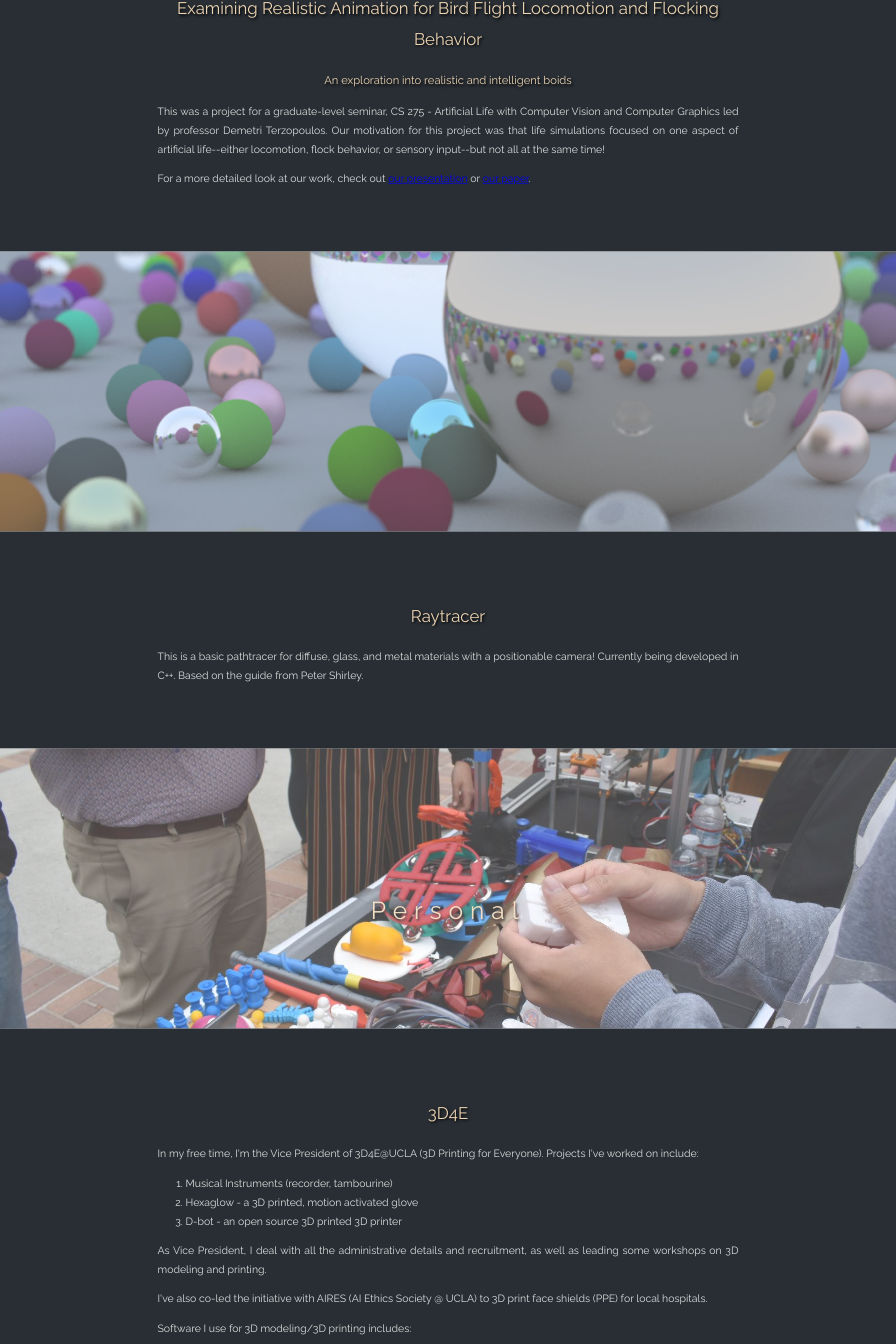
Repository: aliyuanh/me
Page: index.html
These files come from the project's save history. The page is drawn as it stood at one moment and after the next save; the edit follows.
The browser window is 1280 px wide. The pictures show the part of the page from y = 3165 to 5085 px (the page is 6037 px tall before and 6106 px after), at 70% of full size.
Backgrounds fixed to the window are drawn as part of the page.

Above is the page before, as saved 2020-09-17 13:59:41.

### index.html
<!DOCTYPE html>
<html>

<head>
    <link href="https://fonts.googleapis.com/css2?family=Raleway:ital,wght@0,100;0,400;1,400;1,500&display=swap" rel="stylesheet">
    <meta name="viewport" content="width=device-width, initial-scale=1">
    <style>
         :root {
            --oxford-blue: #0b132bff;
            --space-cadet: #1c2541ff;
            --cadet-blue: #4da1a9ff;
            --wheat: #edd4b2ff;
            --mountbatten-pink: #9a7aa0ff;
        }

        body,
        html {
            height: 100%;
            margin: 0;
            font: 400 15px/1.8 "Raleway", sans-serif;
            color: #777;
            scroll-behavior: smooth;
        }

        .bgimg-1,
        .bgimg-2,
        .bgimg-3,
        .bgimg-boids,
        .bgimg-raytracer,
        .bgimg-3d4e {
            position: relative;
            opacity: 0.75;
            background-attachment: fixed;
            background-position: center;
            background-repeat: no-repeat;
            background-size: cover;
        }

        .bgimg-1 {
            background-image: url("img/tokyo.jpg");
            min-height: 100%;
        }

        .bgimg-2 {
            background-image: url("img/imagineering.jpg");
            min-height: 400px;
        }

        .bgimg-3 {
            background-image: url("img/dolby.jpg");
            min-height: 400px;
        }

        .bgimg-boids {
            background-image: url("img/boids.png");
            min-height: 400px;
        }

        .bgimg-raytracer {
            background-image: url("img/raytracer.png");
            min-height: 400px;
        }

        .bgimg-3d4e {
            background-image: url("img/table3D4E.JPG");
            min-height: 400px;
        }

        .caption {
            position: absolute;
            left: 0;
            top: 50%;
            width: 100%;
            text-align: center;
            color: #000;
        }

        .caption span.border {
            background-color: var(--oxford-blue);
            color: var(--wheat);
            padding: 18px;
            font-size: 25px;
            letter-spacing: 10px;
        }

        h3 {
            letter-spacing: 5px;
            text-transform: uppercase;
            font: 20px "Raleway", sans-serif;
            color: #111;
        }
        /* Turn off parallax scrolling for tablets and phones */

        .toResume {
            top: 10%;
            width: 100%;
            right: 10%;
            text-align: right;
            color: #000;
            position: absolute;
        }

        .resumeButton {
            background-color: var(--space-cadet);
            color: var(--wheat);
            padding: 18px;
            font-size: 16px;
            letter-spacing: 6px;
        }

        .headers {
            padding: 18px;
            font-size: 25px;
            letter-spacing: 10px;
            background-color: transparent;
            font-size: 35px;
            color: var(--wheat);
            text-shadow: 2px 2px 4px #000;
        }

        .blockForText {
            color: #ddd;
            background-color: #282E34;
            text-align: center;
            padding: 5em 15em;
            text-align: justify;
        }

        .titleForBlock {
            color: var(--wheat);
            background-color: transparent;
            text-align: center;
            top: 1em;
            font-size: x-large;
            text-shadow: 2px 2px 4px #000;
        }

        .toSections {
            color: var(--mountbatten-pink);
            background-color: var(--space-cadet);
            width: fit-content;
            padding: 1em;
            text-decoration: none;
            text-shadow: 2px 2px 4px #000;
        }

        @media only screen and (max-device-width: 1024px) {
            .bgimg-1,
            .bgimg-2,
            .bgimg-3 {
                background-attachment: scroll;
            }
        }
        /* CSS HEX */
    </style>
</head>

<body>

    <div class="bgimg-1">
        <div class="toResume">
            <a class="resumeButton" href="https://drive.google.com/file/d/1WPi9M0jbwAtVQjWsxIvFWxaKqeurGUjf/view?usp=sharing">RESUME</a>
        </div>
        <div class="caption">
            <span class="border">AMANDA HAN</span>
        </div>
        <div class="caption" style="top:60%;">
            <div class="border" style="margin:auto;">
                <a href="#professional" class="toSections">professional</a>
                <a href="#projects" class="toSections">projects</a>
                <a href="#personal" class="toSections">personal</a>
            </div>
        </div>
    </div>

    <div class="blockForText" style="color: #777;background-color:white;">
        <h3 style="text-align:center;">Hi! I'm Amanda.</h3>
        <p> I'm a software developer interested in computer graphics and computer vision. Right now, I'm a junior Computer Science major at UCLA (go Bruins!). If you want to take a look at my coding projects, check out <a href="https://github.com/aliyuanh">my Github</a>.
            And, if you want to connect then message me on <a href="https://www.linkedin.com/in/aliyuanh/">LinkedIn</a>.
        </p>
    </div>

    <div class="bgimg-2" id="professional">
        <div class="caption">
            <span class="headers">PROFESSIONAL EXPERIENCE</span>
        </div>
    </div>

    <div style="position:relative;">
        <div class="blockForText">
            <p class="titleForBlock">Walt Disney Imagineering</p>
            <p>The winter quarter of my sophomore year (Jan 2020-Apr 2020), I was a software development intern in Imagineering's Tech Studio. At Imagineering, I worked on a variety of projects including a CGI/CAD webtool (details under NDA).
            </p>
            <p>
                Technologies used: .NET Core, Azure App Service, Snowflake, Python, REST APIs, 3D APIs
            </p>
        </div>
    </div>

    <div class="bgimg-3">
        <div class="caption">
            <span class="border" style="background-color:transparent;font-size:25px;color: #f7f7f7;"></span>
        </div>
    </div>

    <div style="position:relative;">
        <div class="blockForText">
            <p class="titleForBlock">Dolby Laboratories</p>
            <p>As part of my summer internship at Dolby's Enterprise Applications team, I completed a full-stack website using the .NET Core MVC framework in C# for external partner companies. The motivation for this is to provide an external service to
                the employees of Dolby partner companies.
            </p>
            <p>
                BACKEND: As the developer for this project, I used Okta's REST API for user authentication and management. Using Visual Studio, I built this website and hosted it on a Windows server.
            </p>
            <p>
                FRONTEND: For the frontend, I used the Bootstrap Library as well as Dolby's CSS library to create a interactive user interface. The frontend was programmed in HTML/CSS/Javascript, with C# embedded using Razor pages.
            </p>
        </div>
    </div>

    <div class="bgimg-boids" id="projects">
        <div class="caption">
            <span class="headers">PROJECTS</span>
        </div>
    </div>

    <div style="position:relative;">
        <div class="blockForText">
            <p class="titleForBlock">Examining Realistic Animation for Bird Flight Locomotion and Flocking Behavior </p>
            <p class="titleForBlock" style="font-size:medium; top: 1em;"> An exploration into realistic and intelligent boids</p>
            <p>This was a project for a graduate-level seminar, CS 275 - Artificial Life with Computer Vision and Computer Graphics led by professor Demetri Terzopoulos. Our motivation for this project was that life simulations focused on one aspect of artificial
                life--either locomotion, flock behavior, or sensory input--but not all at the same time!
            </p>
            <p>For a more detailed look at our work, check out <a href="https://drive.google.com/file/d/1roD6f6O2y-D9oC9Y6kRLfV5ygv2Oxyie/view?usp=sharing">our presentation</a> or <a href="https://drive.google.com/file/d/1EKCrtCoSiOdHSjfQbJRRv11yyhfx--Px/view?usp=sharing">our paper</a>.
            </p>
        </div>
    </div>

    <div class="bgimg-raytracer">
        <div class="caption">
            <span class="headers"></span>
        </div>
    </div>
    <div style="position:relative;">
        <div class="blockForText">
            <p class="titleForBlock">Raytracer</p>
            <p>This is a basic pathtracer for diffuse, glass, and metal materials with a positionable camera! Currently being developed in C++. Based on the guide from Peter Shirley.</p>
        </div>
    </div>


    <div class="bgimg-3d4e" id="personal">
        <div class="caption">
            <span class="headers">Personal</span>
        </div>
    </div>
    <div style="position:relative;">
        <div class="blockForText">
            <p class="titleForBlock">3D4E</p>
            <p>In my free time, I'm the Vice President of 3D4E@UCLA (3D Printing for Everyone). Projects I've worked on include:</p>
            <ol>
                <li>Musical Instruments (recorder, tambourine)</li>
                <li>Hexaglow - a 3D printed, motion activated glove</li>
                <li>D-bot - an open source 3D printed 3D printer</li>
            </ol>
            <p>As Vice President, I deal with all the administrative details and recruitment, as well as leading some workshops on 3D modeling and printing.</p>
            <p>I've also co-led the initiative with AIRES (AI Ethics Society @ UCLA) to 3D print face shields (PPE) for local hospitals. </p>
            <p> Software I use for 3D modeling/3D printing includes:</p>
            <ol>
                <li>Fusion 360</li>
                <li>Autodesk Maya</li>
                <li>Zbrush (Core)</li>
                <li>MeshMixer</li>
                <li>Slicers (Cura, Simplify3D, PrusaSlicer)</li>
            </ol>
        </div>
    </div>

    <div class="bgimg-1">
        <div class="caption">
            <span class="border"><a href="mailto: aliyuanh@ucla.edu" style="color:#ddd ">Email me!</a></span>
        </div>
    </div>

</body>

</html>

After the next save:
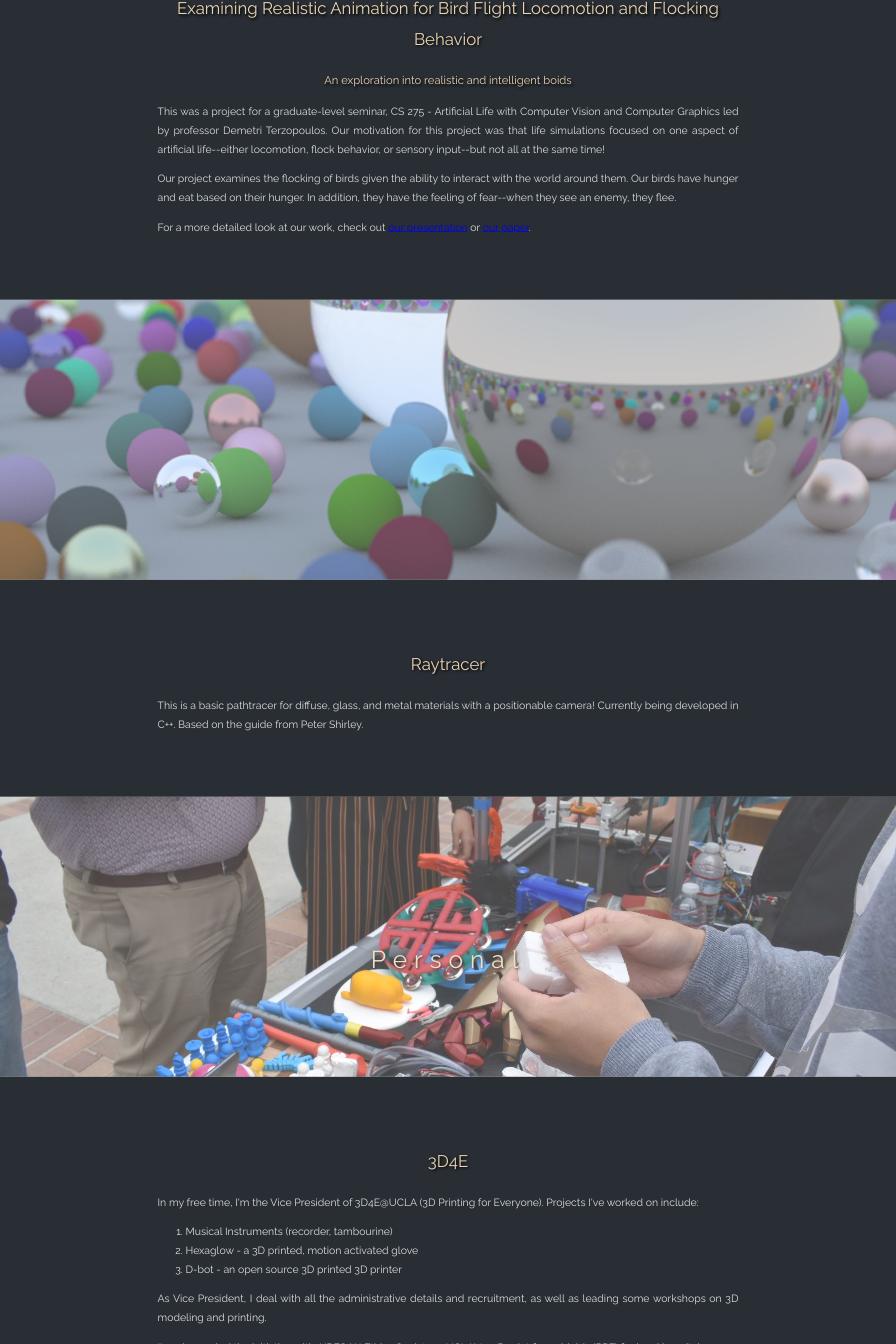
Saved 104 s later.
--- a/index.html
+++ b/index.html
@@ -231,6 +231,7 @@
             <p>This was a project for a graduate-level seminar, CS 275 - Artificial Life with Computer Vision and Computer Graphics led by professor Demetri Terzopoulos. Our motivation for this project was that life simulations focused on one aspect of artificial
                 life--either locomotion, flock behavior, or sensory input--but not all at the same time!
             </p>
+            <p>Our project examines the flocking of birds given the ability to interact with the world around them. Our birds have hunger and eat based on their hunger. In addition, they have the feeling of fear--when they see an enemy, they flee. </p>
             <p>For a more detailed look at our work, check out <a href="https://drive.google.com/file/d/1roD6f6O2y-D9oC9Y6kRLfV5ygv2Oxyie/view?usp=sharing">our presentation</a> or <a href="https://drive.google.com/file/d/1EKCrtCoSiOdHSjfQbJRRv11yyhfx--Px/view?usp=sharing">our paper</a>.
             </p>
         </div>
